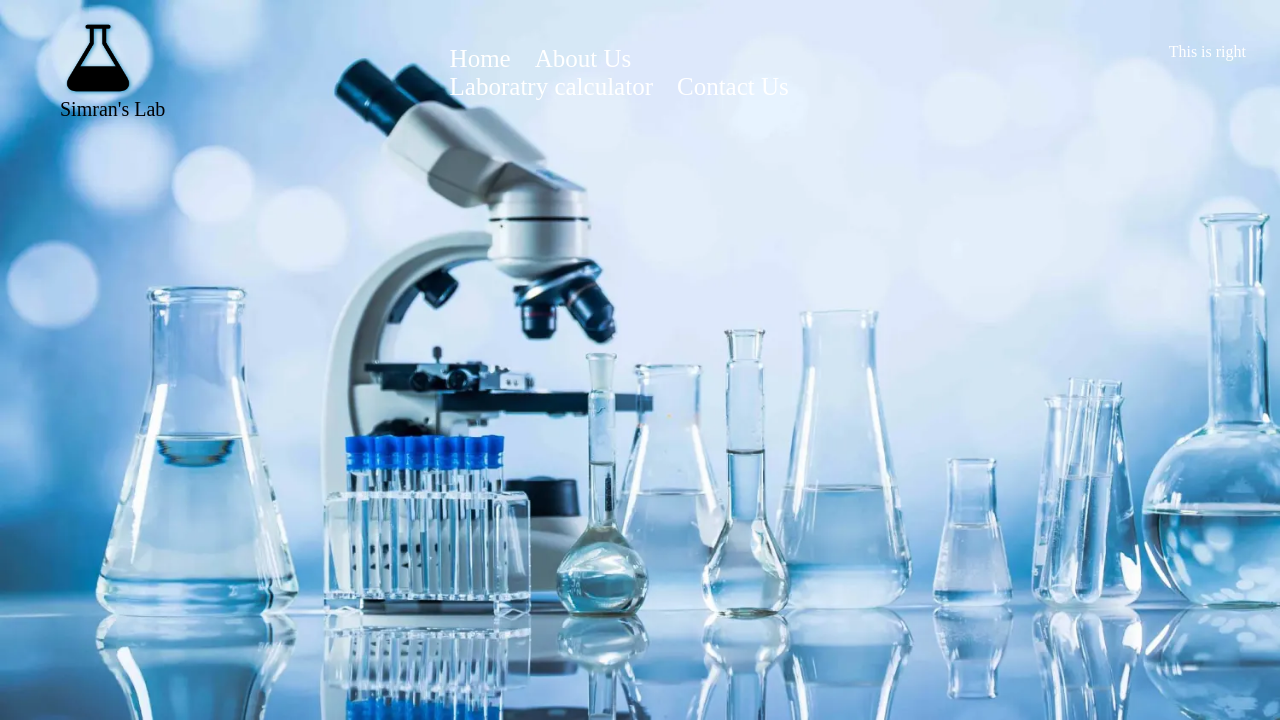
Repository: raisingh22/Simranlearning
Page: html css java/website/index.html
The author's editor kept a copy of each file at every save. The page is drawn from the files as they stood at one save, then again after the next save.
The browser window is 1280 px wide. The pictures show the whole page.

Above is the page before, as saved 2024-01-01 18:37:48.

After the next save:
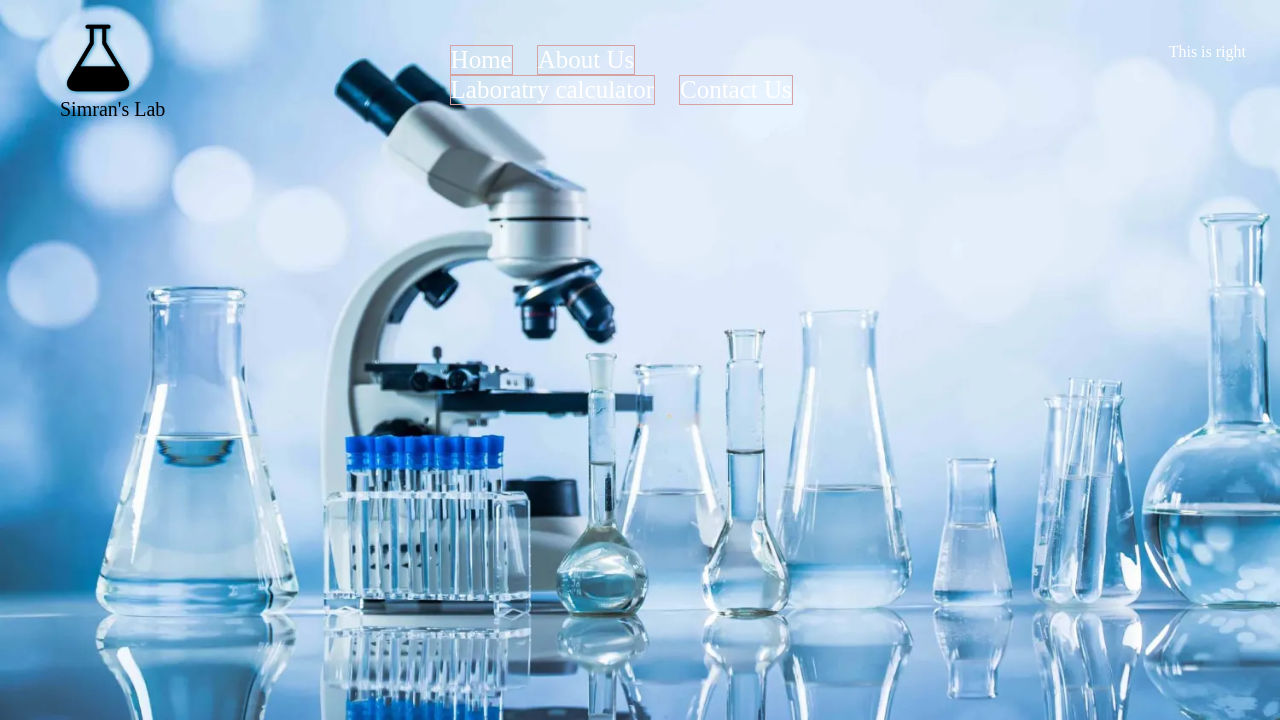
Saved 8 s later.
--- a/html css java/website/index.html
+++ b/html css java/website/index.html
@@ -59,7 +59,7 @@
         display: inline-block;
         font-size: 25px;
         margin-right: 20px;
-        /* border: 1px solid rgb(214, 161, 161); */
+        border: 1px solid rgb(214, 161, 161);
     }
     .navbar li a{
         color: white;

After the save that followed:
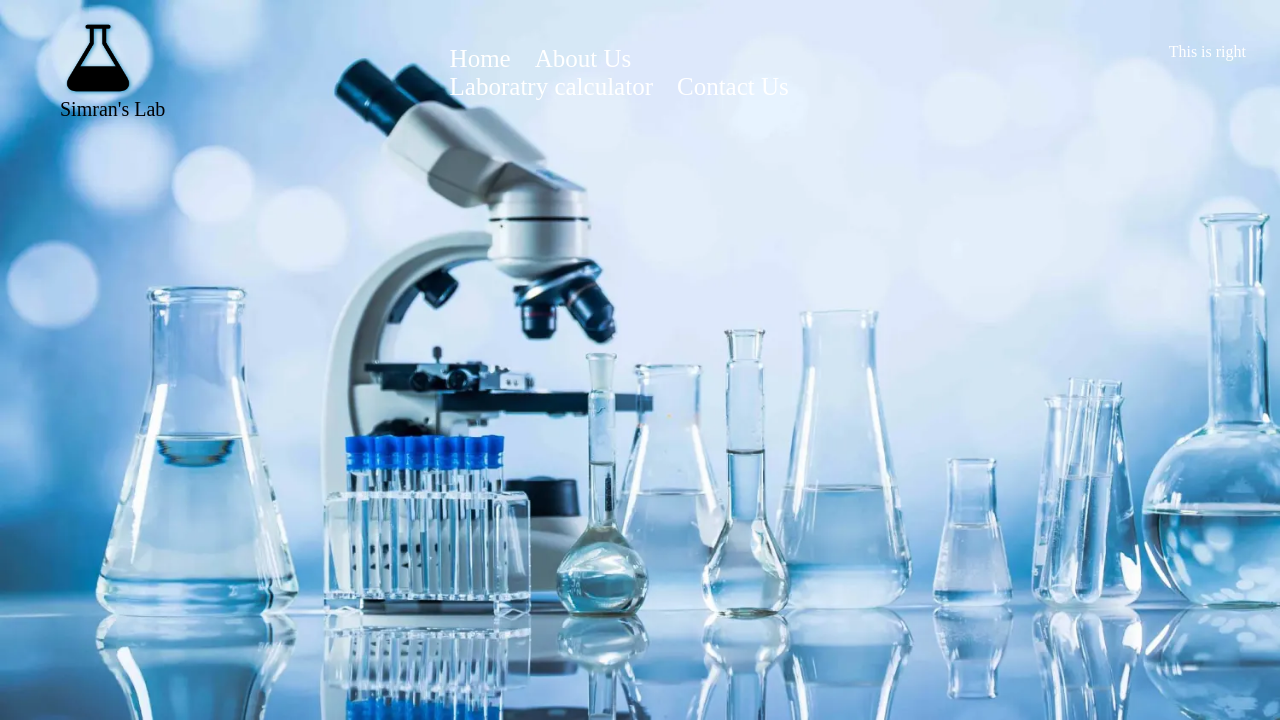
Saved 5 s later.
--- a/html css java/website/index.html
+++ b/html css java/website/index.html
@@ -59,7 +59,7 @@
         display: inline-block;
         font-size: 25px;
         margin-right: 20px;
-        border: 1px solid rgb(214, 161, 161);
+        /* border: 1px solid rgb(214, 161, 161); */
     }
     .navbar li a{
         color: white;
